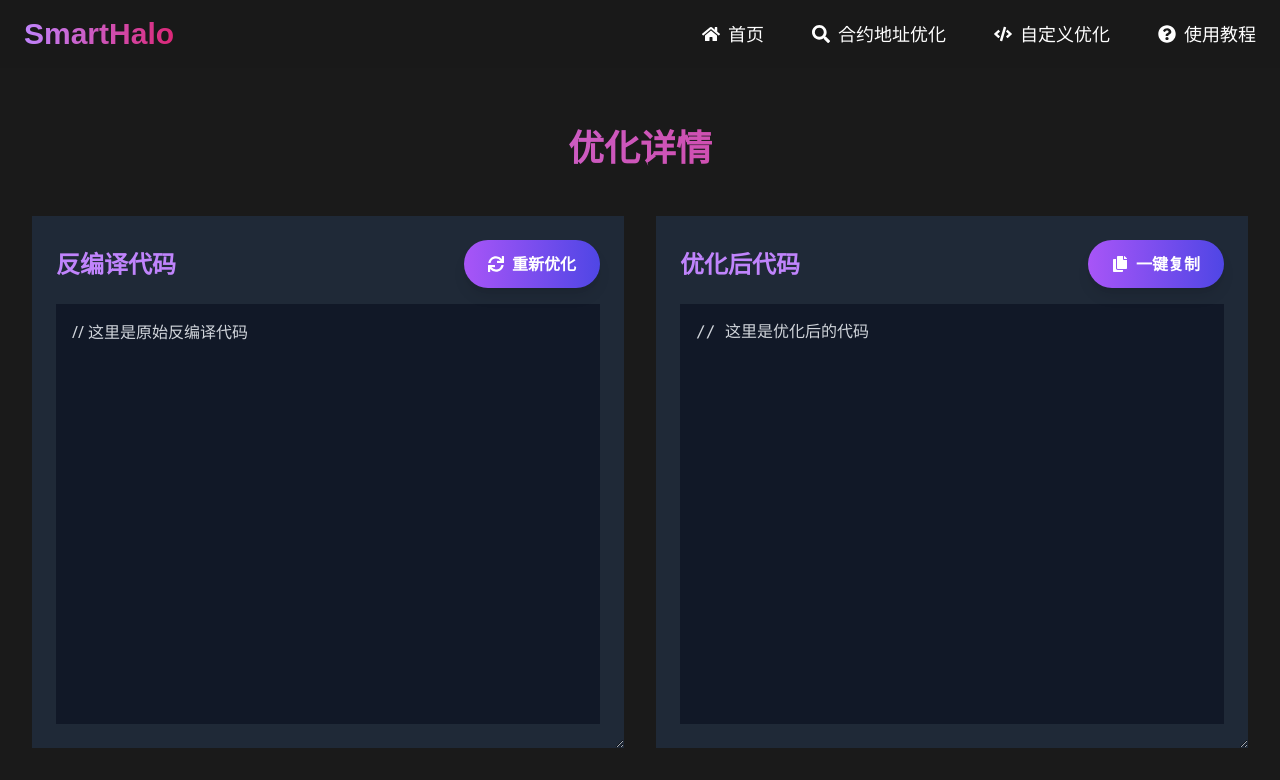
Repository: RunnerQuan/smart-halo
Page: /optimization-details
An editor plug-in stored every save of this project. The page is shown before and after the next save, followed by the edit.
The browser window is 1280 px wide. The pictures show the whole page.
The project was rebuilt for these pictures with package versions that can differ from the ones it lists, and the page was loaded fresh each time. The framework's server and built-in components were replaced by stand-ins that run in the browser. Also part of the build but not shown: next.config.mjs.

Above is the page before, as saved 2024-10-18 15:06:07.

### app/optimization-details/page.tsx
"use client";

import { useState, useEffect, useRef } from 'react';
import { motion } from 'framer-motion';
import AnimatedButton from '../../components/ui/animated-button';
import Navbar from '../../components/Navbar';
import { FaCopy, FaSync } from 'react-icons/fa';

export default function OptimizationDetails() {
  const [isCopied, setIsCopied] = useState(false);
  const [originalCode, setOriginalCode] = useState('// 这里是原始反编译代码');
  const [optimizedCode, setOptimizedCode] = useState('// 这里是优化后的代码');
  const leftRef = useRef(null);
  const rightRef = useRef(null);

  useEffect(() => {
    const handleResize = () => {
      if (leftRef.current && rightRef.current) {
        rightRef.current.style.height = leftRef.current.style.height;
      }
    };

    window.addEventListener('resize', handleResize);
    handleResize();

    return () => {
      window.removeEventListener('resize', handleResize);
    };
  }, []);

  const handleCopy = () => {
    navigator.clipboard.writeText(optimizedCode);
    setIsCopied(true);
    setTimeout(() => setIsCopied(false), 2000);
  };

  const handleReoptimize = () => {
    // 这里应该是重新优化的逻辑
    console.log("重新优化");
  };

  return (
    <main className="flex min-h-screen flex-col items-center justify-start p-8 bg-[#1A1A1A] text-white font-sans">
      <Navbar />
      <div className="mt-24 w-full max-w-7xl mx-auto">
        <motion.h1
          className="text-4xl font-bold mb-12 text-center text-transparent bg-clip-text bg-gradient-to-r from-purple-400 to-pink-600"
          initial={{ opacity: 0, y: -50 }}
          animate={{ opacity: 1, y: 0 }}
          transition={{ duration: 0.5 }}
        >
          优化详情
        </motion.h1>

        <div className="w-full flex flex-col md:flex-row space-y-8 md:space-y-0 md:space-x-8">
          <motion.div
            ref={leftRef}
            className="flex-1 bg-gray-800 rounded-lg p-6 relative flex flex-col resize overflow-auto"
            initial={{ opacity: 0, x: -50 }}
            animate={{ opacity: 1, x: 0 }}
            transition={{ duration: 0.5, delay: 0.2 }}
          >
            <div className="flex justify-between items-center mb-4">
              <h2 className="text-2xl font-semibold text-purple-400">反编译代码</h2>
              <AnimatedButton onClick={handleReoptimize} className="flex items-center">
                <FaSync className="mr-2" />
                重新优化
              </AnimatedButton>
            </div>
            <textarea
              className="w-full h-[calc(100vh-300px)] bg-gray-900 text-gray-300 p-4 rounded-lg focus:outline-none focus:ring-2 focus:ring-purple-500 resize-none"
              value={originalCode}
              onChange={(e) => setOriginalCode(e.target.value)}
            ></textarea>
          </motion.div>

          <motion.div
            ref={rightRef}
            className="flex-1 bg-gray-800 rounded-lg p-6 relative flex flex-col resize overflow-auto"
            initial={{ opacity: 0, x: 50 }}
            animate={{ opacity: 1, x: 0 }}
            transition={{ duration: 0.5, delay: 0.4 }}
          >
            <div className="flex justify-between items-center mb-4">
              <h2 className="text-2xl font-semibold text-purple-400">优化后代码</h2>
              <AnimatedButton onClick={handleCopy} className="flex items-center">
                <FaCopy className="mr-2" />
                一键复制
              </AnimatedButton>
            </div>
            <pre className="w-full h-[calc(100vh-300px)] bg-gray-900 text-gray-300 p-4 rounded-lg overflow-auto resize-none">
              {optimizedCode}
            </pre>
          </motion.div>
        </div>

        {isCopied && (
          <motion.div
            className="fixed bottom-8 right-8 bg-green-500 text-white px-4 py-2 rounded-lg shadow-lg"
            initial={{ opacity: 0, y: 50 }}
            animate={{ opacity: 1, y: 0 }}
            exit={{ opacity: 0, y: 50 }}
          >
            优化后代码已复制到剪贴板
          </motion.div>
        )}
      </div>
    </main>
  );
}

### app/globals.css
@import url('https://fonts.googleapis.com/css2?family=Roboto:wght@300;400;500;700&display=swap');

@tailwind base;
@tailwind components;
@tailwind utilities;

:root {
  --foreground-rgb: 255, 255, 255;
  --background-start-rgb: 42, 42, 42;
  --background-end-rgb: 42, 42, 42;
}

body {
  color: rgb(var(--foreground-rgb));
  background: linear-gradient(
      to bottom,
      transparent,
      rgb(var(--background-end-rgb))
    )
    rgb(var(--background-start-rgb));
  font-family: 'Roboto', sans-serif;
}

### components/ui/animated-button.tsx
import React from 'react';

interface AnimatedButtonProps extends React.ButtonHTMLAttributes<HTMLButtonElement> {
  children: React.ReactNode;
}

const AnimatedButton: React.FC<AnimatedButtonProps> = ({ children, className, ...props }) => {
  return (
    <button
      className={`
        px-6 py-3 rounded-full text-white font-semibold
        bg-gradient-to-r from-purple-500 to-indigo-600
        hover:from-purple-600 hover:to-indigo-700
        transform hover:scale-105 transition duration-300 ease-in-out
        focus:outline-none focus:ring-2 focus:ring-purple-500 focus:ring-opacity-50
        shadow-lg hover:shadow-xl
        ${className}
      `}
      {...props}
    >
      {children}
    </button>
  );
};

export default AnimatedButton;

### components/Navbar.tsx
import Link from "next/link";
import { FaHome, FaCode, FaSearch, FaQuestionCircle } from 'react-icons/fa';

const navItems = [
  { name: '首页', href: '/', icon: <FaHome className="mr-2" /> },
  { name: '合约地址优化', href: '/contract-optimization', icon: <FaSearch className="mr-2" /> },
  { name: '自定义优化', href: '/custom-optimization', icon: <FaCode className="mr-2" /> },
  { name: '使用教程', href: '/help', icon: <FaQuestionCircle className="mr-2" /> },
];

export default function Navbar() {
  return (
    <nav className="fixed top-0 left-0 right-0 z-10 bg-[#1A1A1A] bg-opacity-80 backdrop-filter backdrop-blur-lg">
      <div className="container mx-auto px-6 py-4 flex justify-between items-center">
        <Link href="/" className="flex items-center">
          <span className="text-3xl font-bold bg-clip-text text-transparent bg-gradient-to-r from-purple-400 to-pink-600 font-tech">
            SmartHalo
          </span>
        </Link>
        <div className="hidden md:flex items-center space-x-12 text-lg">
          {navItems.map((item) => (
            <Link key={item.name} href={item.href} className="flex items-center">
              <span className="flex items-center">
                {item.icon}
                {item.name}
              </span>
            </Link>
          ))}
        </div>
      </div>
    </nav>
  );
}

### tailwind.config.js
module.exports = {
    darkMode: ['class'],
    content: [
    './pages/**/*.{js,ts,jsx,tsx,mdx}',
    './components/**/*.{js,ts,jsx,tsx,mdx}',
    './app/**/*.{js,ts,jsx,tsx,mdx}',
  ],
  theme: {
  	extend: {
  		fontFamily: {
  			harmonyos: ['HarmonyOS Sans', 'sans-serif'],
  			song: ['Noto Serif SC', 'serif'],
  			'noto-sans': ['Noto Sans SC', 'sans-serif'],
  			'tech': ['Orbitron', 'sans-serif']
  		},
  		backgroundImage: {
  			'gradient-radial': 'radial-gradient(var(--tw-gradient-stops))',
  			'gradient-conic': 'conic-gradient(from 180deg at 50% 50%, var(--tw-gradient-stops))'
  		},
  		borderRadius: {
  			lg: 'var(--radius)',
  			md: 'calc(var(--radius) - 2px)',
  			sm: 'calc(var(--radius) - 4px)'
  		},
  		colors: {
  			background: 'hsl(var(--background))',
  			foreground: 'hsl(var(--foreground))',
  			card: {
  				DEFAULT: 'hsl(var(--card))',
  				foreground: 'hsl(var(--card-foreground))'
  			},
  			popover: {
  				DEFAULT: 'hsl(var(--popover))',
  				foreground: 'hsl(var(--popover-foreground))'
  			},
  			primary: {
  				DEFAULT: 'hsl(var(--primary))',
  				foreground: 'hsl(var(--primary-foreground))'
  			},
  			secondary: {
  				DEFAULT: 'hsl(var(--secondary))',
  				foreground: 'hsl(var(--secondary-foreground))'
  			},
  			muted: {
  				DEFAULT: 'hsl(var(--muted))',
  				foreground: 'hsl(var(--muted-foreground))'
  			},
  			accent: {
  				DEFAULT: 'hsl(var(--accent))',
  				foreground: 'hsl(var(--accent-foreground))'
  			},
  			destructive: {
  				DEFAULT: 'hsl(var(--destructive))',
  				foreground: 'hsl(var(--destructive-foreground))'
  			},
  			border: 'hsl(var(--border))',
  			input: 'hsl(var(--input))',
  			ring: 'hsl(var(--ring))',
  			chart: {
  				'1': 'hsl(var(--chart-1))',
  				'2': 'hsl(var(--chart-2))',
  				'3': 'hsl(var(--chart-3))',
  				'4': 'hsl(var(--chart-4))',
  				'5': 'hsl(var(--chart-5))'
  			}
  		},
  		animation: {
  			pulse: 'pulse var(--duration) ease-out infinite'
  		},
  		keyframes: {
  			pulse: {
  				'0%, 100%': {
  					boxShadow: '0 0 0 0 var(--pulse-color)'
  				},
  				'50%': {
  					boxShadow: '0 0 0 8px var(--pulse-color)'
  				}
  			}
  		}
  	}
  },
  plugins: [require("tailwindcss-animate")],
}

Loaded but not shown: app/layout.tsx (common file)

After the next save:
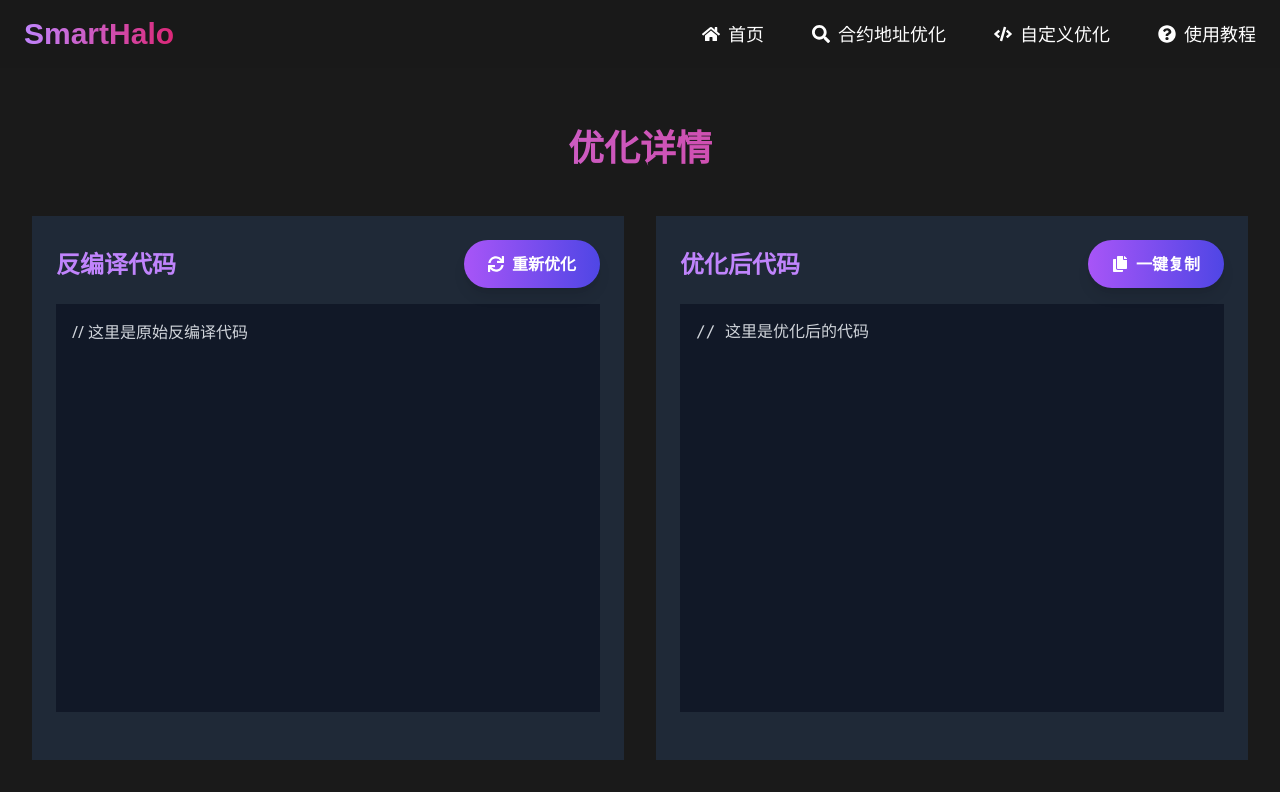
Saved 9 min 57 s later.
--- a/app/optimization-details/page.tsx
+++ b/app/optimization-details/page.tsx
@@ -10,13 +10,26 @@ export default function OptimizationDetails() {
   const [isCopied, setIsCopied] = useState(false);
   const [originalCode, setOriginalCode] = useState('// 这里是原始反编译代码');
   const [optimizedCode, setOptimizedCode] = useState('// 这里是优化后的代码');
-  const leftRef = useRef(null);
-  const rightRef = useRef(null);
+  const leftRef = useRef<HTMLDivElement>(null);
+  const rightRef = useRef<HTMLDivElement>(null);
+  const leftTextareaRef = useRef<HTMLTextAreaElement>(null);
+  const rightPreRef = useRef<HTMLPreElement>(null);
 
   useEffect(() => {
     const handleResize = () => {
-      if (leftRef.current && rightRef.current) {
-        rightRef.current.style.height = leftRef.current.style.height;
+      if (leftRef.current && rightRef.current && leftTextareaRef.current && rightPreRef.current) {
+        const windowHeight = window.innerHeight;
+        const navbarHeight = 80; // 估计的导航栏高度
+        const marginTop = 96; // 24px * 4 = 96px (mt-24)
+        const padding = 48; // 6 * 8 = 48px (p-6)
+        const headerHeight = 40; // 估计的标题高度
+        const availableHeight = windowHeight - navbarHeight - marginTop - padding * 2 - headerHeight;
+
+        const newHeight = `${availableHeight}px`;
+        leftTextareaRef.current.style.height = newHeight;
+        rightPreRef.current.style.height = newHeight;
+        leftRef.current.style.height = `${availableHeight + padding * 2 + headerHeight}px`;
+        rightRef.current.style.height = `${availableHeight + padding * 2 + headerHeight}px`;
       }
     };
 
@@ -55,7 +68,7 @@ export default function OptimizationDetails() {
         <div className="w-full flex flex-col md:flex-row space-y-8 md:space-y-0 md:space-x-8">
           <motion.div
             ref={leftRef}
-            className="flex-1 bg-gray-800 rounded-lg p-6 relative flex flex-col resize overflow-auto"
+            className="flex-1 bg-gray-800 rounded-lg p-6 relative flex flex-col"
             initial={{ opacity: 0, x: -50 }}
             animate={{ opacity: 1, x: 0 }}
             transition={{ duration: 0.5, delay: 0.2 }}
@@ -68,7 +81,8 @@ export default function OptimizationDetails() {
               </AnimatedButton>
             </div>
             <textarea
-              className="w-full h-[calc(100vh-300px)] bg-gray-900 text-gray-300 p-4 rounded-lg focus:outline-none focus:ring-2 focus:ring-purple-500 resize-none"
+              ref={leftTextareaRef}
+              className="w-full bg-gray-900 text-gray-300 p-4 rounded-lg focus:outline-none focus:ring-2 focus:ring-purple-500 resize-none"
               value={originalCode}
               onChange={(e) => setOriginalCode(e.target.value)}
             ></textarea>
@@ -76,7 +90,7 @@ export default function OptimizationDetails() {
 
           <motion.div
             ref={rightRef}
-            className="flex-1 bg-gray-800 rounded-lg p-6 relative flex flex-col resize overflow-auto"
+            className="flex-1 bg-gray-800 rounded-lg p-6 relative flex flex-col"
             initial={{ opacity: 0, x: 50 }}
             animate={{ opacity: 1, x: 0 }}
             transition={{ duration: 0.5, delay: 0.4 }}
@@ -88,7 +102,10 @@ export default function OptimizationDetails() {
                 一键复制
               </AnimatedButton>
             </div>
-            <pre className="w-full h-[calc(100vh-300px)] bg-gray-900 text-gray-300 p-4 rounded-lg overflow-auto resize-none">
+            <pre
+              ref={rightPreRef}
+              className="w-full bg-gray-900 text-gray-300 p-4 rounded-lg overflow-auto resize-none"
+            >
               {optimizedCode}
             </pre>
           </motion.div>
